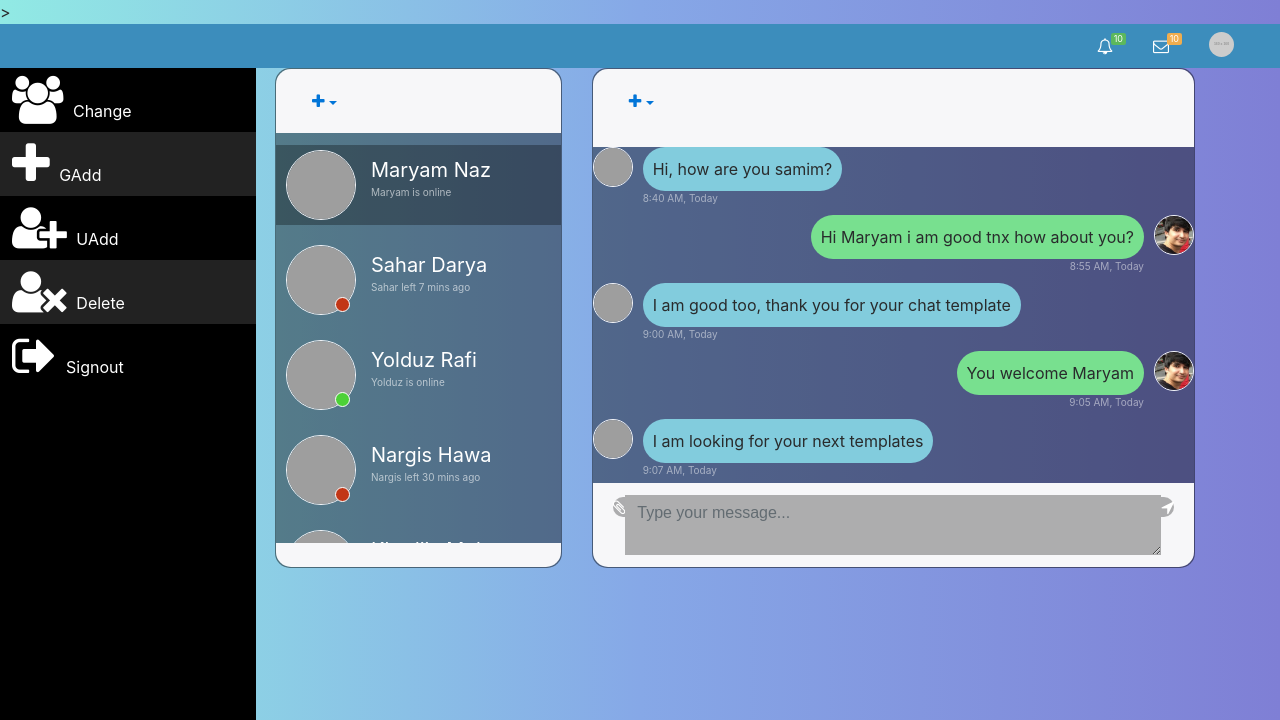
Repository: lukawitch/graduatedchat
Page: http://localhost/Graduated/WEB-INF/views/chat.jsp
An editor plug-in stored every save of this project. The page is shown before and after the next save, followed by the edit.
The browser window is 1280 px wide. The pictures show the whole page.
Pictures or frames that could not be fetched are drawn as grey boxes. The page is served by Tomcat 9. Nobody is signed in. Other server files are loaded and not shown. The template is opened directly, without the code that normally fills it, so the values that code supplies are empty.

Above is the page before, as saved 2019-05-21 03:41:01.

### Graduated/src/main/webapp/WEB-INF/views/chat.jsp
<%@ page language="java" contentType="text/html; charset=UTF-8"
    pageEncoding="UTF-8"%>
<!DOCTYPE html>
<html>
<head>
<meta charset="UTF-8">
<title>Insert title here</title>
<link rel="stylesheet" href="/resources/chat.css">>
	<script>
function showdel(aa){
 var con = document.getElementById(aa);
 if( con.style.display == 'block'){
  con.style.display = 'none';
 }
 else{
  con.style.display = 'block';
 }
}
</script>
</head>
<body>
<%@include file="./sidebar.jsp" %>
 <div class="container">
	<div class="row">
<div class="col-2"></div>
			<div class="col-10">
	<div class="row justify-content-center h-100">
				<div class="col-md-5 col-xl-4 chat"><div class="card mb-sm-3 mb-md-0 contacts_card">
					<div class="card-header">
						<div class="input-group">

							<li class="nav-item dropdown" style=" list-style:none;">
    <a class="nav-link dropdown-toggle" data-toggle="dropdown" href="#" role="button" aria-haspopup="true" aria-expanded="false"><i class="fa fa-plus" aria-hidden="true"></i></a>
    <div class="dropdown-menu">
      <a class="dropdown-item" href="#">Action</a>
      <a class="dropdown-item" href="#">Another action</a>
      <a class="dropdown-item" href="#">Something else here</a>
      <div class="dropdown-divider"></div>
      <a class="dropdown-item" href="#">Separated link</a>
    </div>
  </li>
						</div>
					</div>
					<div class="card-body contacts_body">
						<ui class="contacts">
						<li class="active" onclick="showdel('aaa')">
							<div class="d-flex bd-highlight">
								<div class="img_cont">
									<img src="https://devilsworkshop.org/files/2013/01/enlarged-facebook-profile-picture.jpg" class="rounded-circle user_img">

								</div>
								<div class="user_info">
									<span>Maryam Naz</span>
									<p>Maryam is online</p>
								</div>
							</div>
						</li>
						<li>
							<div class="d-flex bd-highlight">
								<div class="img_cont">
									<img src="https://2.bp.blogspot.com/-8ytYF7cfPkQ/WkPe1-rtrcI/AAAAAAAAGqU/FGfTDVgkcIwmOTtjLka51vineFBExJuSACLcBGAs/s320/31.jpg" class="rounded-circle user_img">
									<span class="online_icon offline"></span>
								</div>
								<div class="user_info">
									<span>Sahar Darya</span>
									<p>Sahar left 7 mins ago</p>
								</div>
							</div>
						</li>
						<li>
							<div class="d-flex bd-highlight">
								<div class="img_cont">
									<img src="https://i.pinimg.com/originals/54/6e/6d/546e6d4c6ce4322e6aa3b2f8ca73ac28.jpg" class="rounded-circle user_img">
									<span class="online_icon"></span>
								</div>
								<div class="user_info">
									<span>Yolduz Rafi</span>
									<p>Yolduz is online</p>
								</div>
							</div>
						</li>
						<li>
							<div class="d-flex bd-highlight">
								<div class="img_cont">
									<img src="http://profilepicturesdp.com/wp-content/uploads/2018/07/sweet-girl-profile-pictures-9.jpg" class="rounded-circle user_img">
									<span class="online_icon offline"></span>
								</div>
								<div class="user_info">
									<span>Nargis Hawa</span>
									<p>Nargis left 30 mins ago</p>
								</div>
							</div>
						</li>
						<li>
							<div class="d-flex bd-highlight">
								<div class="img_cont">
									<img src="https://www.freshmorningquotes.com/wp-content/uploads/2015/11/cute-and-beautifull-girls-profile-pictures.jpg" class="rounded-circle user_img">
									<span class="online_icon offline"></span>
								</div>
								<div class="user_info">
									<span>Khadija Mehr</span>
									<p>Khadija left 50 mins ago</p>
								</div>
							</div>
						</li>
						</ui>
					</div>
					<div class="card-footer"></div>
				</div></div>
				<div class="col-md-8 col-xl-8 chat" id="aaa">
					<div class="card">
						<div class="card-header msg_head" >

									<li class="nav-item dropdown" style=" list-style:none;">
    <a class="nav-link dropdown-toggle" data-toggle="dropdown" href="#" role="button" aria-haspopup="true" aria-expanded="false"><i class="fa fa-plus" aria-hidden="true"></i></a>
    <div class="dropdown-menu">
      <a class="dropdown-item" href="#">Action</a>
      <a class="dropdown-item" href="#">Another action</a>
      <a class="dropdown-item" href="#">Something else here</a>
      <div class="dropdown-divider"></div>
      <a class="dropdown-item" href="#">Separated link</a>
    </div>
  </li>
						</div>
						<div class="card-body msg_card_body">
							<div class="d-flex justify-content-start mb-4">
								<div class="img_cont_msg">
									<img src="https://devilsworkshop.org/files/2013/01/enlarged-facebook-profile-picture.jpg" class="rounded-circle user_img_msg">
								</div>
								<div class="msg_cotainer">
									Hi, how are you samim?
									<span class="msg_time">8:40 AM, Today</span>
								</div>
							</div>
							<div class="d-flex justify-content-end mb-4">
								<div class="msg_cotainer_send">
									Hi Maryam i am good tnx how about you?
									<span class="msg_time_send">8:55 AM, Today</span>
								</div>
								<div class="img_cont_msg">
							<img src="data:[embedded picture, 11527 characters]" class="rounded-circle user_img_msg">
								</div>
							</div>
							<div class="d-flex justify-content-start mb-4">
								<div class="img_cont_msg">
									<img src="https://devilsworkshop.org/files/2013/01/enlarged-facebook-profile-picture.jpg" class="rounded-circle user_img_msg">
								</div>
								<div class="msg_cotainer">
									I am good too, thank you for your chat template
									<span class="msg_time">9:00 AM, Today</span>
								</div>
							</div>
							<div class="d-flex justify-content-end mb-4">
								<div class="msg_cotainer_send">
									You welcome Maryam
									<span class="msg_time_send">9:05 AM, Today</span>
								</div>
								<div class="img_cont_msg">
							<img src="data:[embedded picture, 11527 characters]" class="rounded-circle user_img_msg">
								</div>
							</div>
							<div class="d-flex justify-content-start mb-4">
								<div class="img_cont_msg">
									<img src="https://devilsworkshop.org/files/2013/01/enlarged-facebook-profile-picture.jpg" class="rounded-circle user_img_msg">
								</div>
								<div class="msg_cotainer">
									I am looking for your next templates
									<span class="msg_time">9:07 AM, Today</span>
								</div>
							</div>
							<div class="d-flex justify-content-end mb-4">
								<div class="msg_cotainer_send">
									Ok, thank you have a good day
									<span class="msg_time_send">9:10 AM, Today</span>
								</div>
								<div class="img_cont_msg">
						<img src="data:[embedded picture, 11527 characters]" class="rounded-circle user_img_msg">
								</div>
							</div>
							<div class="d-flex justify-content-start mb-4">
								<div class="img_cont_msg">
									<img src="https://devilsworkshop.org/files/2013/01/enlarged-facebook-profile-picture.jpg" class="rounded-circle user_img_msg">
								</div>
								<div class="msg_cotainer">
									Bye, see you
									<span class="msg_time">9:12 AM, Today</span>
								</div>
							</div>
						</div>
						<div class="card-footer">
							<div class="input-group">
								<div class="input-group-append">
									<span class="input-group-text attach_btn"><i class="fa fa-paperclip"></i></span>
								</div>
								<textarea name="" class="form-control type_msg" placeholder="Type your message..."></textarea>
								<div class="input-group-append">
									<span class="input-group-text send_btn"><i class="fa fa-location-arrow"></i></span>
								</div>
							</div>
						</div>
					</div>
				</div>
			</div>
</div>
</div>
</div>
</body>
</html>

### Graduated/src/main/webapp/WEB-INF/views/sidebar.jsp
<%@ page language="java" contentType="text/html; charset=UTF-8"
    pageEncoding="UTF-8"%>
<!DOCTYPE html>
<link rel="stylesheet" href="/resources/sidebar.css">
  <header class="header">
          <nav class="navbar navbar-toggleable-md navbar-light pt-0 pb-0 ">
            <button class="navbar-toggler navbar-toggler-right" type="button" data-toggle="collapse" data-target="#navbarNavDropdown" aria-controls="navbarNavDropdown" aria-expanded="false" aria-label="Toggle navigation">
            <span class="navbar-toggler-icon"></span>
            </button>
            <a class="navbar-brand p-0 mr-5" href="#" style="visibility:hidden "><img src="http://via.placeholder.com/61x14"></a>
            <div class="float-left"> <a href="#" class="button-left"><span class="fa fa-fw fa-bars " style="visibility:hidden "></span></a> </div>
            <div class="collapse navbar-collapse flex-row-reverse" id="navbarNavDropdown">
              <ul class="navbar-nav">
                <li class="nav-item dropdown messages-menu">
                  <a class="nav-link dropdown-toggle" href="http://example.com" id="navbarDropdownMenuLink" data-toggle="dropdown" aria-haspopup="true" aria-expanded="false">
                    <i class="fa fa-bell-o"></i>
                    <span class="label label-success bg-success">10</span>
                  </a>
                  <div class="dropdown-menu" aria-labelledby="navbarDropdownMenuLink">
                    <ul class="dropdown-menu-over list-unstyled">
                      <li class="header-ul text-center">You have 4 messages</li>
                      <li>
                        <!-- inner menu: contains the actual data -->
                        <ul class="menu list-unstyled">
                          <li><!-- start message -->
                          <a href="#">
                            <div class="pull-left">
                              <img src="http://via.placeholder.com/160x160" class="rounded-circle  " alt="User Image">
                            </div>
                            <h4>
                            Support Team
                            <small><i class="fa fa-clock-o"></i> 5 mins</small>
                            </h4>
                            <p>Why not buy a new awesome theme?</p>
                          </a>
                        </li>
                        <!-- end message -->
                        <li>
                          <a href="#">
                            <div class="pull-left">
                              <img src="http://via.placeholder.com/160x160" class="rounded-circle " alt="User Image">
                            </div>
                            <h4>
                            AdminLTE Design Team
                            <small><i class="fa fa-clock-o"></i> 2 hours</small>
                            </h4>
                            <p>Why not buy a new awesome theme?</p>
                          </a>
                        </li>
                        <li>
                          <a href="#">
                            <div class="pull-left">
                              <img src="http://via.placeholder.com/160x160" class="rounded-circle " alt="User Image">
                            </div>
                            <h4>
                            Developers
                            <small><i class="fa fa-clock-o"></i> Today</small>
                            </h4>
                            <p>Why not buy a new awesome theme?</p>
                          </a>
                        </li>
                        <li>
                          <a href="#">
                            <div class="pull-left">
                              <img src="http://via.placeholder.com/160x160" class="rounded-circle " alt="User Image">
                            </div>
                            <h4>
                            Sales Department
                            <small><i class="fa fa-clock-o"></i> Yesterday</small>
                            </h4>
                            <p>Why not buy a new awesome theme?</p>
                          </a>
                        </li>
                        <li>
                          <a href="#">
                            <div class="pull-left">
                              <img src="http://via.placeholder.com/160x160" class="rounded-circle " alt="User Image">
                            </div>
                            <h4>
                            Reviewers
                            <small><i class="fa fa-clock-o"></i> 2 days</small>
                            </h4>
                            <p>Why not buy a new awesome theme?</p>
                          </a>
                        </li>
                      </ul>
                    </li>
                    <li class="footer-ul text-center"><a href="#">See All Messages</a></li>
                  </ul>
                </div>
              </li>
              <li class="nav-item dropdown notifications-menu">
                <a class="nav-link dropdown-toggle" href="http://example.com" id="navbarDropdownMenuLink" data-toggle="dropdown" aria-haspopup="true" aria-expanded="false">
                  <i class="fa fa-envelope-o"></i>
                  <span class="label label-warning bg-warning">10</span>
                </a>
                <div class="dropdown-menu" aria-labelledby="navbarDropdownMenuLink">
                  <ul class="dropdown-menu-over list-unstyled">
                    <li class="header-ul text-center">You have 10 notifications</li>
                    <li>
                      <!-- inner menu: contains the actual data -->
                      <ul class="menu list-unstyled">
                        <li>
                          <a href="#">
                            <i class="fa fa-users text-aqua"></i> 5 new members joined today
                          </a>
                        </li>
                        <li>
                          <a href="#">
                            <i class="fa fa-warning text-yellow"></i> Very long description here that may not fit into the
                            page and may cause design problems
                          </a>
                        </li>
                        <li>
                          <a href="#">
                            <i class="fa fa-users text-red"></i> 5 new members joined
                          </a>
                        </li>
                        <li>
                          <a href="#">
                            <i class="fa fa-shopping-cart text-green"></i> 25 sales made
                          </a>
                        </li>
                        <li>
                          <a href="#">
                            <i class="fa fa-user text-red"></i> You changed your username
                          </a>
                        </li>
                      </ul>
                    </li>
                    <li class="footer-ul text-center"><a href="#">View all</a></li>
                  </ul>
                </div>
              </li>

              <li class="nav-item dropdown  user-menu">
                <a class="nav-link dropdown-toggle" href="http://example.com" id="navbarDropdownMenuLink" data-toggle="dropdown" aria-haspopup="true" aria-expanded="false">
                  <img src="http://via.placeholder.com/160x160" class="user-image" alt="User Image" >
                  <span class="hidden-xs">${name}</span>
                </a>
                <div class="dropdown-menu" aria-labelledby="navbarDropdownMenuLink">
                  <a class="dropdown-item" href="#">Action</a>
                  <a class="dropdown-item" href="#">Another action</a>
                  <a class="dropdown-item" href="#">Something else here</a>
                </div>
              </li>
            </ul>
          </div>
        </nav>
      </header>
      <div class="main">
        <aside>
          <div class="sidebar left ">

            <ul class="list-sidebar bg-defoult">
              <li> <a href="#" class="collapsed active" > <i class="fa fa-users fa-3x"></i> <span class="nav-label">Change</span> </a></li>
            <li> <a href="#"><i class="fa fa-plus fa-3x"></i> <span class="nav-label">GAdd</span></a> </li>
            <li> <a href="#" class="collapsed active" > <i class="fa fa-user-plus fa-3x"></i> <span class="nav-label">UAdd</span>  </a></li>
          <li> <a href="#"><i class="fa fa-user-times fa-3x"></i> <span class="nav-label">Delete</span></a> </li>
          <li> <a href="#" class="collapsed active" ><i class="fa fa-sign-out fa-3x"></i> <span class="nav-label">Signout</span></a></li>


    </ul>
    </div>
    </aside>
    </div>

### Graduated/src/main/webapp/resources/chat.css
  body,html{
			height: 100%;
			margin: 0;
			background: #7F7FD5;
	       background: -webkit-linear-gradient(to right, #91EAE4, #86A8E7, #7F7FD5);
	        background: linear-gradient(to right, #91EAE4, #86A8E7, #7F7FD5);
		}

		.chat{
			margin-top: auto;
			margin-bottom: auto;
		}
		.card{
			height: 500px;
			border-radius: 15px !important;
			background-color: rgba(0,0,0,0.4) !important;
		}
		.contacts_body{
			padding:  0.75rem 0 !important;
			overflow-y: auto;
			white-space: nowrap;
		}
		.msg_card_body{
			overflow-y: auto;
		}
		.card-header{
			border-radius: 15px 15px 0 0 !important;
			border-bottom: 0 !important;
		}
	 .card-footer{
		border-radius: 0 0 15px 15px !important;
			border-top: 0 !important;
	}
		.container{
			align-content: center;
		}
		.search{
			border-radius: 15px 0 0 15px !important;
			background-color: rgba(0,0,0,0.3) !important;
			border:0 !important;
			color:white !important;
		}
		.search:focus{
		     box-shadow:none !important;
           outline:0px !important;
		}
		.type_msg{
			background-color: rgba(0,0,0,0.3) !important;
			border:0 !important;
			color:white !important;
			height: 60px !important;
			overflow-y: auto;
		}
			.type_msg:focus{
		     box-shadow:none !important;
           outline:0px !important;
		}
		.attach_btn{
	border-radius: 15px 0 0 15px !important;
	background-color: rgba(0,0,0,0.3) !important;
			border:0 !important;
			color: white !important;
			cursor: pointer;
		}
		.send_btn{
	border-radius: 0 15px 15px 0 !important;
	background-color: rgba(0,0,0,0.3) !important;
			border:0 !important;
			color: white !important;
			cursor: pointer;
		}
		.search_btn{
			border-radius: 0 15px 15px 0 !important;
			background-color: rgba(0,0,0,0.3) !important;
			border:0 !important;
			color: white !important;
			cursor: pointer;
		}
		.contacts{
			list-style: none;
			padding: 0;
		}
		.contacts li{
			width: 100% !important;
			padding: 5px 10px;
			margin-bottom: 15px !important;
		}
	.active{
			background-color: rgba(0,0,0,0.3);
	}
		.user_img{
			height: 70px;
			width: 70px;
			border:1.5px solid #f5f6fa;

		}
		.user_img_msg{
			height: 40px;
			width: 40px;
			border:1.5px solid #f5f6fa;

		}
	.img_cont{
			position: relative;
			height: 70px;
			width: 70px;
	}
	.img_cont_msg{
			height: 40px;
			width: 40px;
	}
	.online_icon{
		position: absolute;
		height: 15px;
		width:15px;
		background-color: #4cd137;
		border-radius: 50%;
		bottom: 0.2em;
		right: 0.4em;
		border:1.5px solid white;
	}
	.offline{
		background-color: #c23616 !important;
	}
	.user_info{
		margin-top: auto;
		margin-bottom: auto;
		margin-left: 15px;
	}
	.user_info span{
		font-size: 20px;
		color: white;
	}
	.user_info p{
	font-size: 10px;
	color: rgba(255,255,255,0.6);
	}
	.video_cam{
		margin-left: 50px;
		margin-top: 5px;
	}
	.video_cam span{
		color: white;
		font-size: 20px;
		cursor: pointer;
		margin-right: 20px;
	}
	.msg_cotainer{
		margin-top: auto;
		margin-bottom: auto;
		margin-left: 10px;
		border-radius: 25px;
		background-color: #82ccdd;
		padding: 10px;
		position: relative;
	}
	.msg_cotainer_send{
		margin-top: auto;
		margin-bottom: auto;
		margin-right: 10px;
		border-radius: 25px;
		background-color: #78e08f;
		padding: 10px;
		position: relative;
	}
	.msg_time{
		position: absolute;
		left: 0;
		bottom: -15px;
		color: rgba(255,255,255,0.5);
		font-size: 10px;
	}
	.msg_time_send{
		position: absolute;
		right:0;
		bottom: -15px;
		color: rgba(255,255,255,0.5);
		font-size: 10px;
	}
	.msg_head{
		position: relative;
		height:100px;
	}
	#action_menu_btn{
		position: absolute;
		right: 10px;
		top: 10px;
		color: white;
		cursor: pointer;
		font-size: 20px;
	}
	.action_menu{
		z-index: 1;
		position: absolute;
		padding: 15px 0;
		background-color: rgba(0,0,0,0.5);
		color: white;
		border-radius: 15px;
		top: 30px;
		right: 15px;
		display: none;
	}
	.action_menu ul{
		list-style: none;
		padding: 0;
	margin: 0;
	}
	.action_menu ul li{
		width: 100%;
		padding: 10px 15px;
		margin-bottom: 5px;
	}
	.action_menu ul li i{
		padding-right: 10px;

	}
	.action_menu ul li:hover{
		cursor: pointer;
		background-color: rgba(0,0,0,0.2);
	}
	@media(max-width: 576px){
	.contacts_card{
		margin-bottom: 15px !important;
	}
	}

Loaded but not shown: Graduated/src/main/webapp/resources/sidebar.css (library)

After the next save:
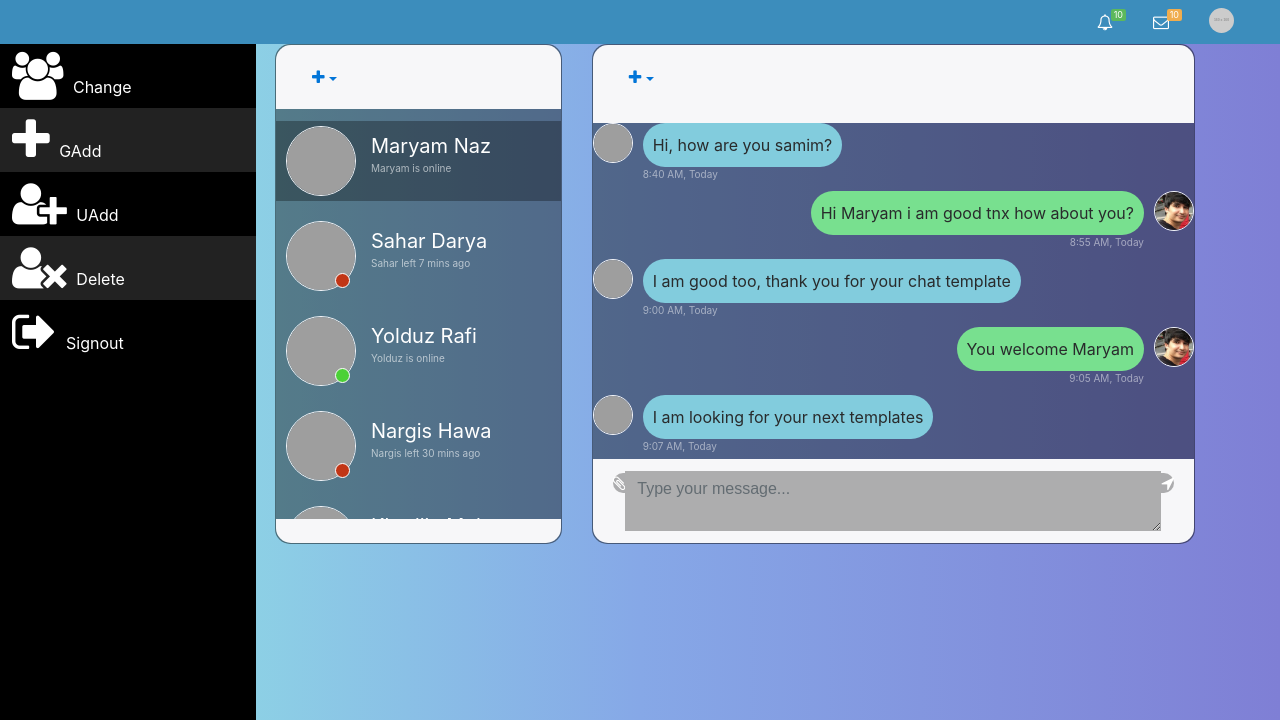
Saved 5 min 45 s later.
--- a/Graduated/src/main/webapp/WEB-INF/views/chat.jsp
+++ b/Graduated/src/main/webapp/WEB-INF/views/chat.jsp
@@ -5,7 +5,7 @@
 <head>
 <meta charset="UTF-8">
 <title>Insert title here</title>
-<link rel="stylesheet" href="/resources/chat.css">>
+<link rel="stylesheet" href="/resources/chat.css">
 	<script>
 function showdel(aa){
  var con = document.getElementById(aa);
